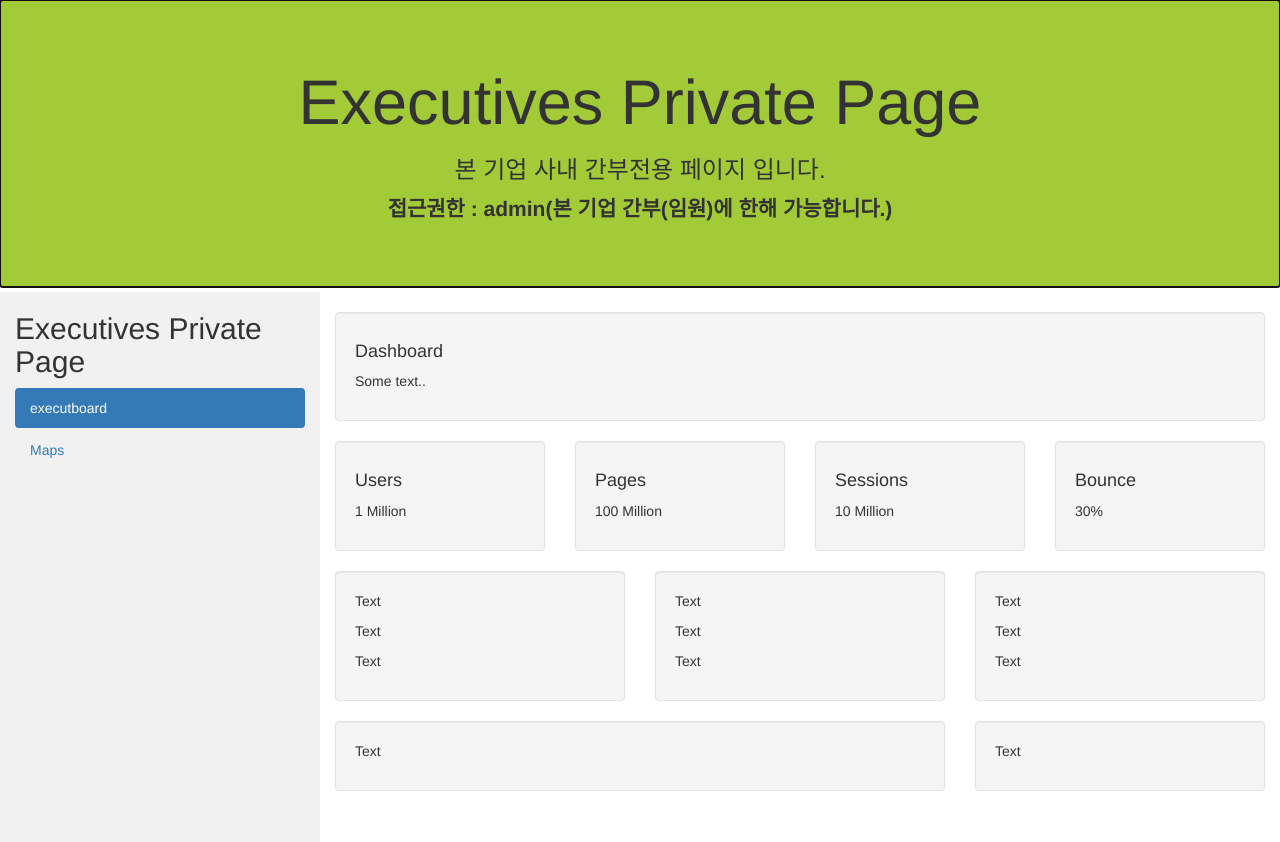
Repository: as2019a/spring
Page: http://localhost/ch19_project_mavenwebsite/WEB-INF/views/executives/maps.jsp
These files come from the project's save history. The page is drawn as it stood at one moment and after the next save; the edit follows.
The browser window is 1280 px wide. The pictures show the whole page.
The first visible `.jumbotron` has the focus.
Some web libraries are served in a nearby version. The page is served by Tomcat 9. Nobody is signed in. The template is opened directly, without the code that normally fills it, so the values that code supplies are empty.

Above is the page before, as saved 2019-01-29 08:57:31.

After the next save:
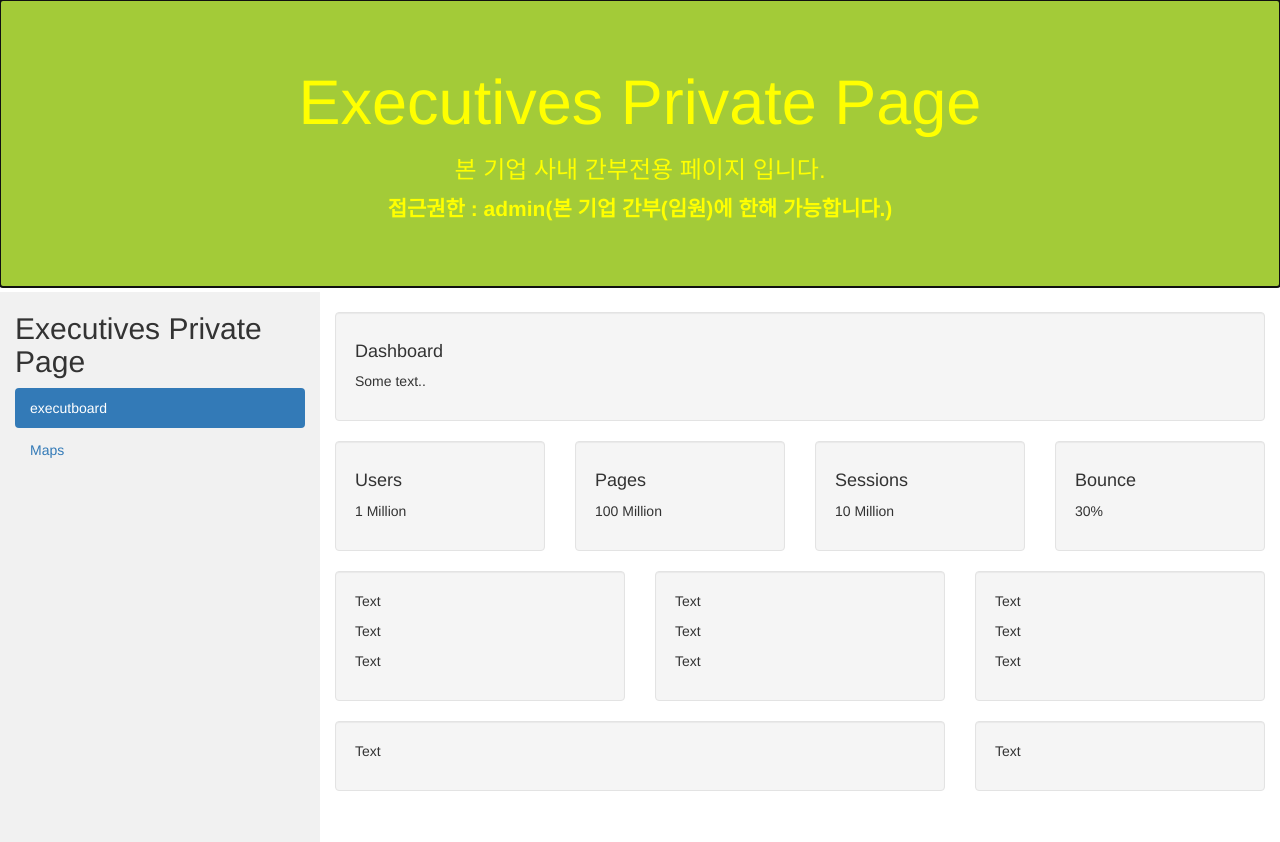
Saved 76 s later.
--- a/ch19_project_mavenwebsite/src/main/webapp/WEB-INF/views/executives/maps.jsp
+++ b/ch19_project_mavenwebsite/src/main/webapp/WEB-INF/views/executives/maps.jsp
@@ -17,6 +17,10 @@
 		text-align:center;
 		background-clip:padding-box;
 		background-color:#A3CB38;
+	}
+
+	.jumbotron:focus{
+		color:yellow;
 	}
 
     /* Set height of the grid so .sidenav can be 100% (adjust as needed) */

After the save that followed:
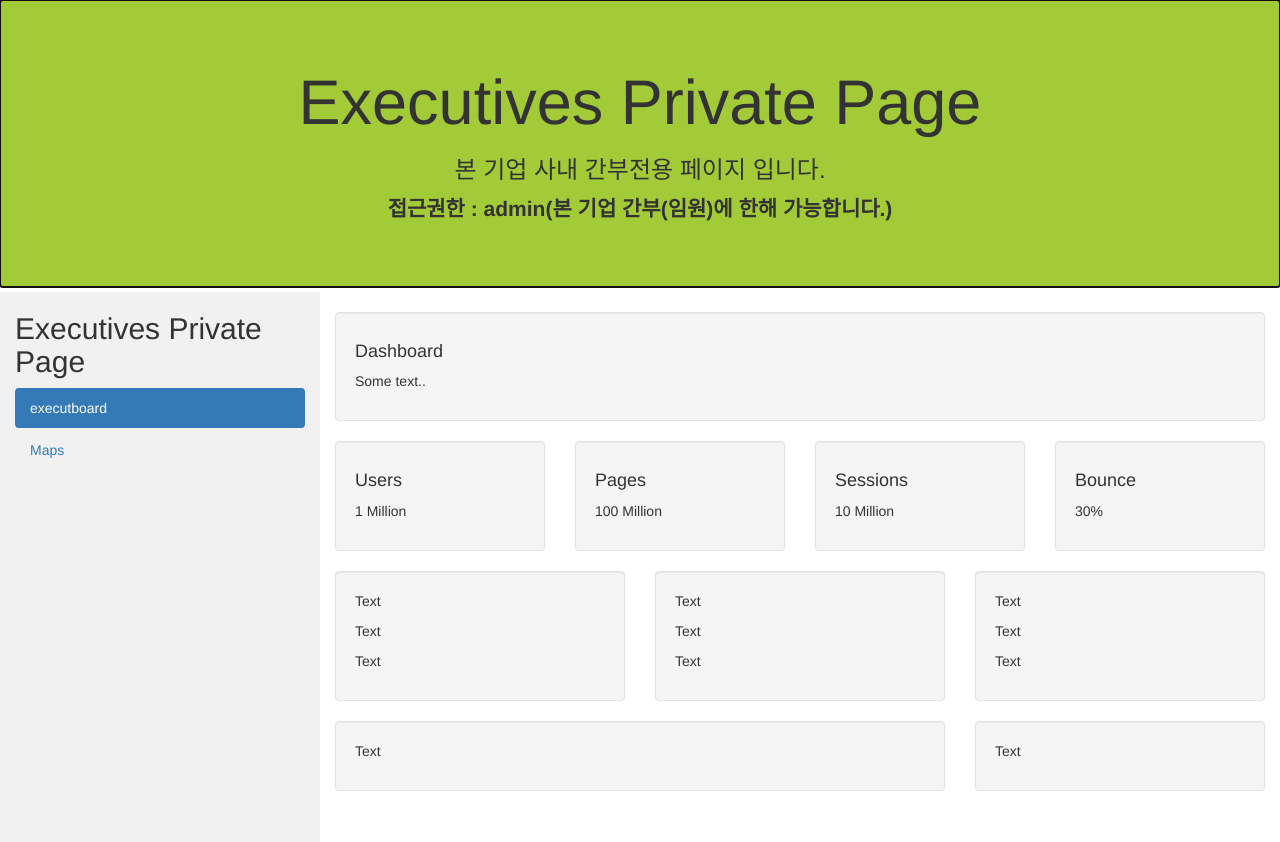
Saved 12 s later.
--- a/ch19_project_mavenwebsite/src/main/webapp/WEB-INF/views/executives/maps.jsp
+++ b/ch19_project_mavenwebsite/src/main/webapp/WEB-INF/views/executives/maps.jsp
@@ -19,7 +19,7 @@
 		background-color:#A3CB38;
 	}
 
-	.jumbotron:focus{
+	.jumbotron:active{
 		color:yellow;
 	}
 
